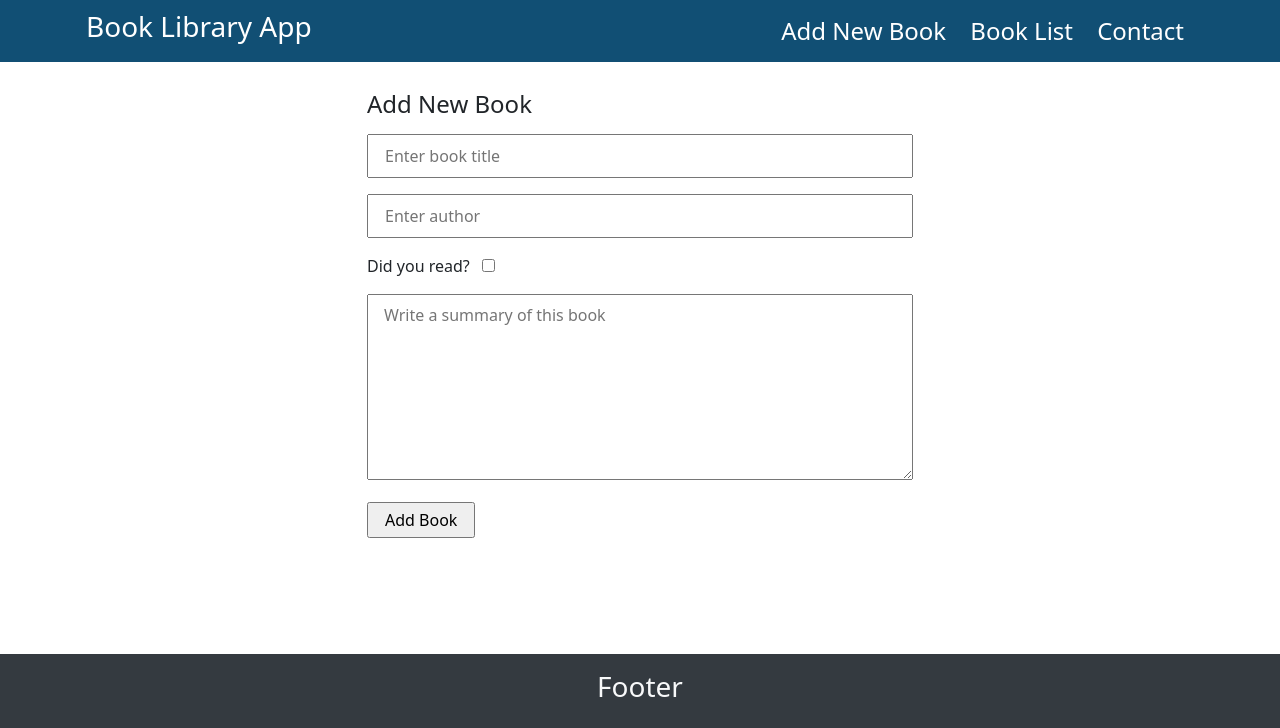
Repository: just-mann/booklibrary-app
Page: http://localhost/
The author's editor kept a copy of each file at every save. The page is drawn from the files as they stood at one save, then again after the next save.
The browser window is 1280 px wide. The pictures show the whole page.
The page is served by the project's Node server (app.js).

Above is the page before, as saved 2021-06-06 04:46:54.

After the next save:
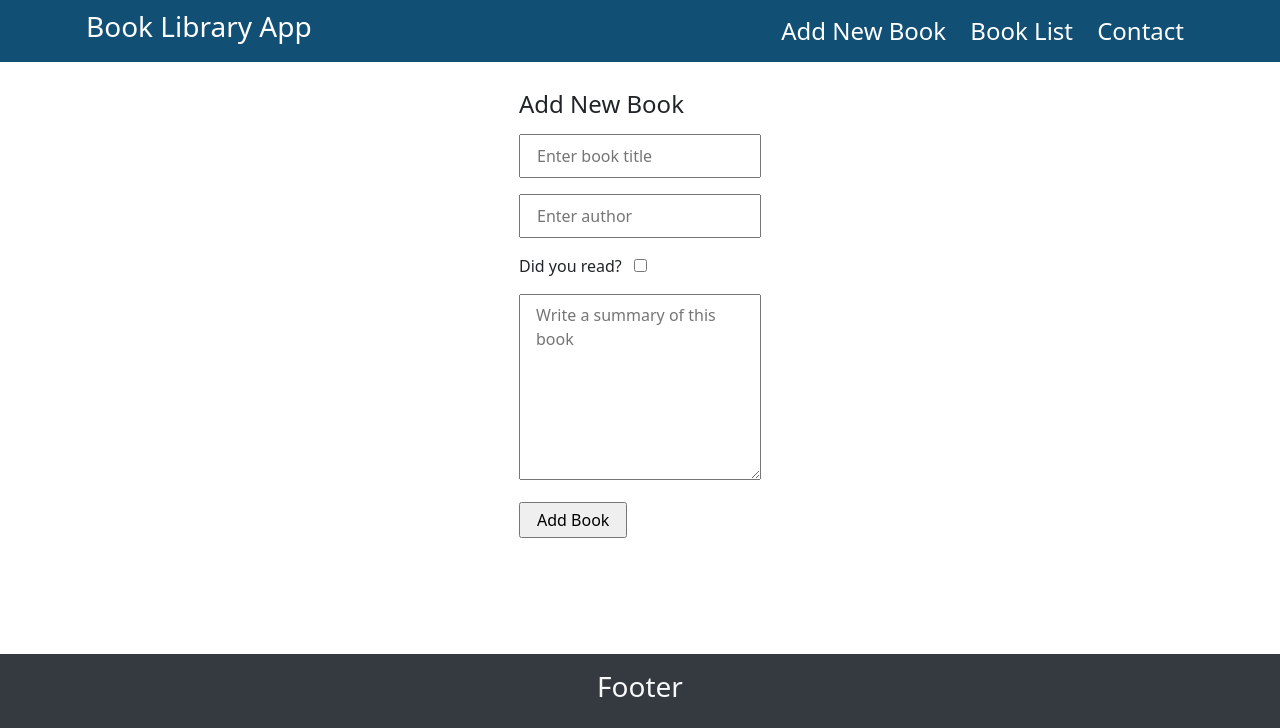
Saved 42 s later.
--- a/views/index.ejs
+++ b/views/index.ejs
@@ -4,7 +4,7 @@
 <body>
     <%- include('./partials/Navbar') %>
       <div class="container py-2 home">
-        <div class="w-50 p-5 p-xs-1 p-sm-1 p-md-1 py-2 px-0 homeDiv">
+        <div class=" p-5 p-xs-1 p-sm-1 p-md-1 py-2 px-0 homeDiv">
           <form action="/books" method="POST" class="px-0 py-3">
             <h4>Add New Book</h4>
               <div class="my-3">
